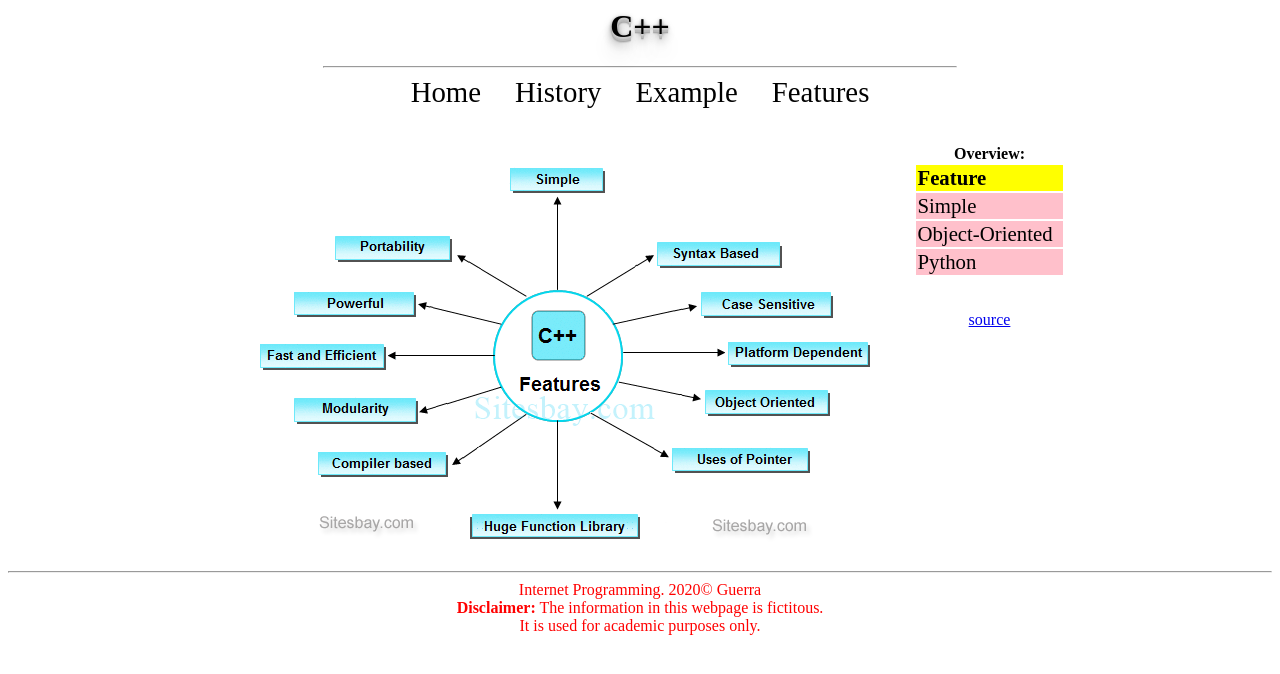
Repository: EricG831/a1
Page: a1/Features.html
The author's editor kept a record of every edit. The page is drawn from the files as they stood at one moment, then again after the next edit.
The browser window is 1280 px wide. The pictures show the whole page.
Some web fonts or font styles are not loaded; a fallback is used.

Above is the page before.

After the next edit:
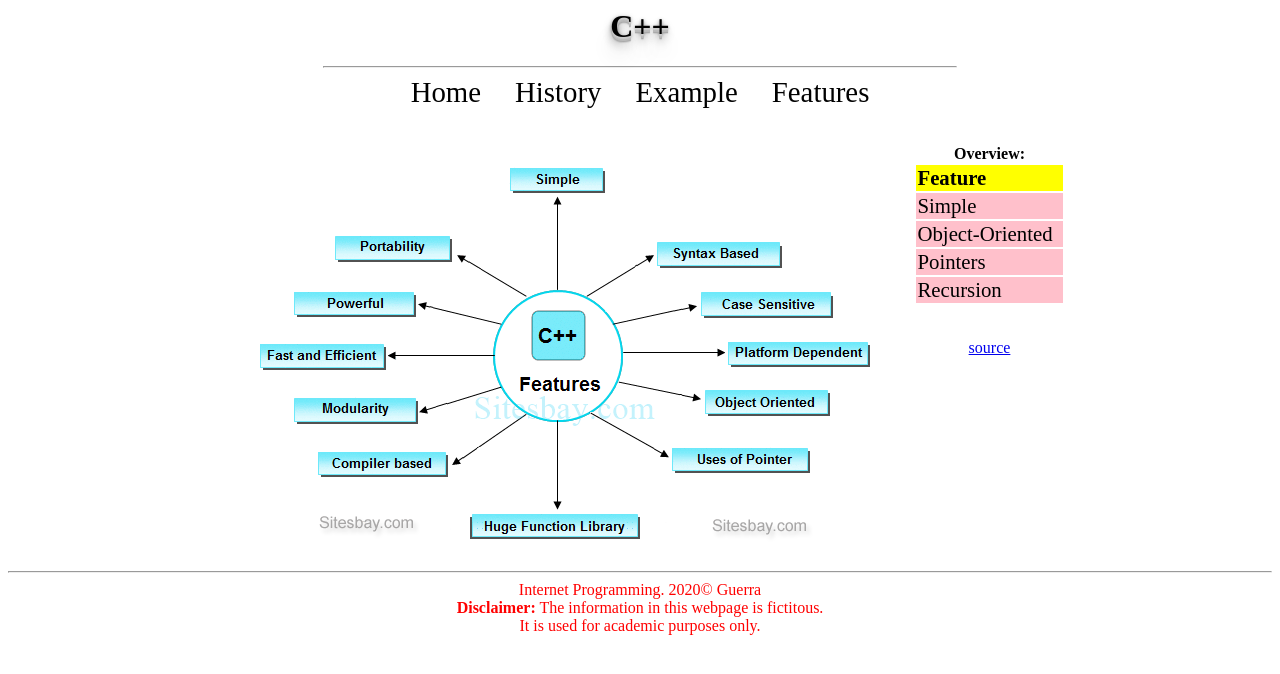
The edit:
--- a/a1/Features.html
+++ b/a1/Features.html
@@ -43,7 +43,10 @@
                     <td>Object-Oriented</td>
                 </tr>
                 <tr class="table-row">
-                    <td>Python</td>
+                    <td>Pointers</td>
+                </tr>
+                <tr class="table-row">
+                    <td>Recursion</td>
                 </tr>
             </table>
 
